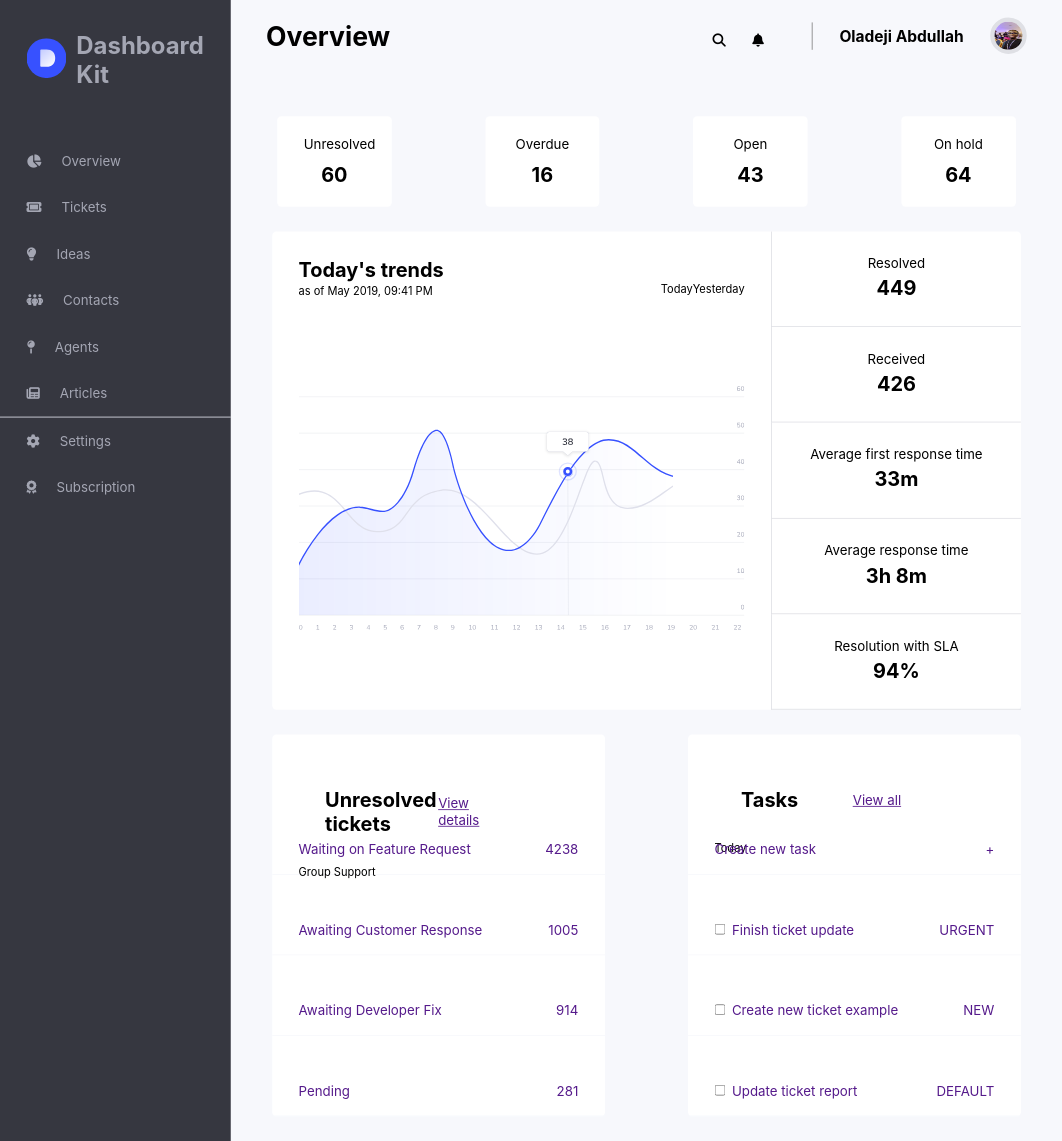
Repository: BuduCE/dashboard
Page: /
These files come from the project's save history. The page is drawn as it stood at one moment and after a run of saves; the edit follows.
The browser window is 1280 px wide. The pictures show the whole page, at 83% of full size.
Some web libraries are served in a nearby version. The project was rebuilt for these pictures with package versions that can differ from the ones it lists, and the page was loaded fresh each time. Also part of the build but not shown: src/pages/Tickets/index.jsx, src/components/common/Logo/styles.css.

Above is the page before, as saved 2022-08-06 00:17:44.

### public/index.html
<!DOCTYPE html>
<html lang="en">
  <head>
    <meta charset="utf-8" />
    <link rel="icon" href="%PUBLIC_URL%/favicon.ico" />
    <meta name="viewport" content="width=device-width, initial-scale=1" />
    <meta name="theme-color" content="#000000" />
    <meta
      name="description"
      content="Web site created using create-react-app"
    />
    <link rel="apple-touch-icon" href="%PUBLIC_URL%/logo192.png" />
    <!--
      manifest.json provides metadata used when your web app is installed on a
      user's mobile device or desktop. See https://developers.google.com/web/fundamentals/web-app-manifest/
    -->
    <link rel="manifest" href="%PUBLIC_URL%/manifest.json" />
    <!--
      Notice the use of %PUBLIC_URL% in the tags above.
      It will be replaced with the URL of the `public` folder during the build.
      Only files inside the `public` folder can be referenced from the HTML.

      Unlike "/favicon.ico" or "favicon.ico", "%PUBLIC_URL%/favicon.ico" will
      work correctly both with client-side routing and a non-root public URL.
      Learn how to configure a non-root public URL by running `npm run build`.
    -->

    <!-- Font-Awesome  -->
    <link
      rel="stylesheet" href="https://cdnjs.cloudflare.com/ajax/libs/font-awesome/6.1.1/css/all.min.css" integrity="sha512-KfkfwYDsLkIlwQp6LFnl8zNdLGxu9YAA1QvwINks4PhcElQSvqcyVLLD9aMhXd13uQjoXtEKNosOWaZqXgel0g==" crossorigin="anonymous" referrerpolicy="no-referrer"
    />
    <title>Admin Dashboard</title>
  </head>
  <body>
    <noscript>You need to enable JavaScript to run this app.</noscript>
    <div id="root"></div>
    <!--
      This HTML file is a template.
      If you open it directly in the browser, you will see an empty page.

      You can add webfonts, meta tags, or analytics to this file.
      The build step will place the bundled scripts into the <body> tag.

      To begin the development, run `npm start` or `yarn start`.
      To create a production bundle, use `npm run build` or `yarn build`.
    -->
  </body>
</html>

### src/index.css
* {
  margin: 0;
  padding: 0;
  box-sizing: border-box;
}
body {
  margin: 0;
  font-family: -apple-system, BlinkMacSystemFont, 'Segoe UI', 'Roboto', 'Oxygen',
    'Ubuntu', 'Cantarell', 'Fira Sans', 'Droid Sans', 'Helvetica Neue',
    sans-serif;
  -webkit-font-smoothing: antialiased;
  -moz-osx-font-smoothing: grayscale;
  background: rgba(54, 55, 64, 1);
}

code {
  font-family: source-code-pro, Menlo, Monaco, Consolas, 'Courier New',
    monospace;
}

### src/App.js
import './App.css';
// import Overview from './pages/Overview';
// import Header from './components/common/Header';
import Sidenav from './components/common/SideNav';
// import Login from './pages/Login';

function App() {
  return (
    <div className="App">
      <Sidenav />
      {/* <Login /> */}
    </div>
  );
}

export default App;

### src/components/common/SideNav/index.jsx
import React from 'react'
import Overview from '../../../pages/Overview'
import Tickets from '../../../pages/Tickets'
import Header from '../Header'
import Logo from '../Logo'
import './styles.css'

const Sidenav = () => {
  return (
    <div className='dashboard'>
        <div className="navbar">
            <div className="logo">
                <Logo />
                <h1>Dashboard Kit</h1>
            </div>
            <div className="heading">
                <i className='fas fa-chart-pie'></i>
                <p>Overview</p>
            </div>
            <div className="heading">
                <i className='fas fa-ticket'></i>
                <p>Tickets</p>
            </div>
            <div className="heading">
                <i className='fas fa-lightbulb'></i>
                <p>Ideas</p>
            </div>
            <div className="heading">
                <i className='fas fa-people-group'></i>
                <p>Contacts</p>
            </div>
            <div className="heading">
                <i className='fas fa-map-pin'></i>
                <p>Agents</p>
            </div>
            <div className="heading divider">
                <i className='fas fa-newspaper'></i>
                <p>Articles</p>
            </div>
            <div className="heading">
                <i className='fas fa-gear'></i>
                <p>Settings</p>
            </div>
            <div className="heading">
                <i className='fas fa-award'></i>
                <p>Subscription</p>
            </div>

        </div>
        <div className="info">
            {/* <Header /> */}
            <Overview />
            {/* <Tickets /> */}
        </div>
    </div>
  )
}

export default Sidenav

### src/pages/Overview/index.jsx
import React from 'react'
import './styles.css'
import TrendMap from './graph.svg'
import Header from '../../components/common/Header'

const Overview = () => {
  return (
    <>
        <Header />
        <div className='overview_pg'>
            {/* Specific status */}
            <div className="overview_stat">
                <div className="overview_info">
                    <p>Unresolved</p>
                    <h2>60</h2>
                </div>
                <div className="overview_info">
                    <p>Overdue</p>
                    <h2>16</h2>
                </div>
                <div className="overview_info">
                    <p>Open</p>
                    <h2>43</h2>
                </div>
                <div className="overview_info">
                    <p>On hold</p>
                    <h2>64</h2>
                </div>
            </div>

            {/* Today's trend */}
            <div className="trends">
                <div className="trends_head">
                    <div className="trends_headT">
                        <div className="trend_title">
                            <h2>Today's trends</h2>
                        </div>
                        <div className="trend_title_stat">
                            <div className="trend_date">
                                <small>as of May 2019, 09:41 PM</small>
                            </div>
                            <div className="trend_day">
                                <small>Today</small>
                                <small>Yesterday</small>
                            </div>
                        </div>
                    </div>

                    <div className="trends_headB">
                        <img src={TrendMap} alt="Trend Chart" />
                    </div>
                </div>

                <div className="trends_summary">
                    <div className="summary_type">
                        <p>Resolved</p>
                        <h2>449</h2>
                    </div>
                    <div className="summary_type">
                        <p>Received</p>
                        <h2>426</h2>
                    </div>
                    <div className="summary_type">
                        <p>Average first response time</p>
                        <h2>33m</h2>
                    </div>
                    <div className="summary_type">
                        <p>Average response time</p>
                        <h2>3h 8m</h2>
                    </div>
                    <div className="summary_type">
                        <p>Resolution with SLA</p>
                        <h2>94%</h2>
                    </div>
                </div>
            </div>

            <div className="ticket_n_task">
                <div className="ticket">
                    <div className="ticket_head">
                        <div className="ticket_title">
                            <h2>Unresolved tickets</h2>
                            <a href="">View details</a>
                        </div>
                        <small>Group Support</small>
                    </div>
                    <div className="ticket_list">
                        <a href="">
                            <p>Waiting on Feature Request</p>
                            <p>4238</p>
                        </a>
                        <a href="">
                            <p>Awaiting Customer Response</p>
                            <p>1005</p>
                        </a>
                        <a href="">
                            <p>Awaiting Developer Fix</p>
                            <p>914</p>
                        </a>
                        <a href="">
                            <p>Pending</p>
                            <p>281</p>
                        </a>
                    </div>
                </div>

                <div className="task">
                    <div className="ticket_head">
                        <div className="ticket_title">
                            <h2>Tasks</h2>
                            <a href="">View all</a>
                        </div>
                        <small>Today</small>
                    </div>

                    <div className="ticket_list">
                        <a href="">
                            <p>Create new task</p>
                            <p>+</p>
                        </a>
                        <a href="">
                            <div className='task_todo'>
                                <input type="checkbox" name="" id="" />
                                <label htmlFor="">Finish ticket update</label>
                            </div>

                            <p>URGENT</p>
                        </a>
                        <a href="">
                            <div className='task_todo'>
                                <input type="checkbox" name="" id="" />
                                <label htmlFor="">Create new ticket example</label>
                            </div>

                            <p>NEW</p>
                        </a>
                        <a href="">
                            <div className='task_todo'>
                                <input type="checkbox" name="" id="check" />
                                <label htmlFor="">Update ticket report</label>
                            </div>

                            <p>DEFAULT</p>
                        </a>
                    </div>
                </div>
            </div>
        </div>
    </>
  )
}

export default Overview

### src/components/common/Header/index.jsx
import React from 'react'
import './styles.css'
import budu from './budu.jpg'

const Header = () => {
  return (
    <div className='head_er'>
        <div className="headerL">
            <h1>Overview</h1>
        </div>
        <div className="headerR">
            <i className='fas fa-magnifying-glass icon'></i>
            <i className='fas fa-bell icon bell'></i>
            <h3>Oladeji Abdullah</h3>
            <img src={budu} alt="" />
        </div>
    </div>
  )
}

export default Header

### src/components/common/Logo/index.jsx
import React from 'react'
import companyLogo from './logo.svg'
import './styles.css'

const Logo = () => {
  return (
    <div className='logo_icon'>
        <img src={companyLogo} alt="" />
    </div>
  )
}

export default Logo

### src/components/common/SideNav/styles.css
.dashboard{
    display: grid;
    grid-template-columns: 1fr 5fr;
}
.navbar{
    padding: 37px 0;
    color: #A4A6B3;
}
.logo{
    display: flex;
    padding: 0 32px;
    padding-bottom: 59px;
    align-items: center;
}
.logo h1{
    margin-left: 12px;
    font-size: 1.8rem;
}
.heading{
    width: 100%;
    display: flex;
    padding: 18px 32px;
    align-items: center;
}
.heading p{
    margin-left: 24px;
}
.heading:hover{
    border-left: 1px solid #DDE2FF;
    color: #DDE2FF;
}
.info{
    background: #F7F8FC;
    /* height: 100vh; */
}
.divider{
    border-bottom: 1px solid #DFE0EB;
}

### src/pages/Overview/styles.css
.overview_pg{
    margin-top: 54px;
}
.overview_stat{
    display: grid;
    grid-template-columns: 1fr 1fr 1fr 1fr;
    /* justify-content: space-evenly; */
    width: 100%;
}
.overview_info{
    display: flex;
    flex-direction: column;
    text-align: center;
    /* border: 1px solid; */
    border-radius: 5px;
    padding: 24px 32px;
    background: #fff;
    box-shadow: 15px;
    width: 55%;
    margin: auto;
}
.overview_info:hover{
    color: blue;
    border: 1px blue solid;
}
.overview_info p{
    padding-bottom: 12px;
}

/* trend  */
.trends{
    width: 90%;
    background: #fff;
    margin: auto;
    border-radius: 5px;
    height: 80vh;
    margin-top: 30px;
    display: grid;
    grid-template-columns: 2fr 1fr;
    margin-top: 30px;
}
.trends_head{
    padding: 32px;
}
.trend_title_stat{
    display: flex;
    justify-content: space-between;
}
.trend_day{
    display: flex;
    justify-content: space-evenly;
}
.trends_headB img{
    width: 100%;
    margin-top: 54px;
    height: 55vh;
}

/* summary  */
.trends_summary{
    display: grid;
    grid-template-rows: 1fr 1fr 1fr 1fr 1fr;
}
.summary_type{
    padding: 28px;
    border-left: 1px solid #dfe0e5;
    border-bottom: 1px solid #dfe0e5;
    text-align: center;
}
.summary_type p{
    margin-bottom: 6px;
}

/* Tickets */
.ticket_n_task{
    display: grid;
    grid-template-columns: 1fr 1fr;
    width: 90%;
    margin: auto;
    margin-top: 30px;
    margin-bottom: 30px;
}
.ticket{
    margin-right: 50px;
}
.task{
    margin-left: 50px;
}
.ticket,.task{
    border-radius: 5px;
    background: #fff;
}
.ticket_head{
    padding: 32px;
    margin-bottom: 8px;
    width: 80%;
    height: 10vh;
}
.ticket_title{
    display: flex;
    justify-content: space-between;
    align-items: center;
}
.ticket_list a{
    text-decoration: none;
    display: flex;
    justify-content: space-between;
    align-items: center;
    padding: 20px 32px;
    border-bottom: 1px solid #F7F8FC;
    margin-top: 36px;
    align-items: center;
}
.task_todo{
    align-items: center;
}
.task_todo label{
    margin-left: 8px;
}

### src/pages/Tickets/styles.css
.ticket_pg{
    background: #fff;
    border-radius: 5px;
    height: 96vh;
    width: 95%;
    margin: auto;
    margin-top: 54px;
}
.ticket_title{
    display: flex;
    justify-content: space-between;
    padding: 32px;
}
.titleR, .titleR_icon{
    display: flex;
    justify-content: space-between;
    align-items: center;
    margin-left: 32px;
}
.titleR_icon p{
    margin-left: 8px;
}
/* .tab_head{
    display: grid;
    grid-template-columns: 3fr 2fr 2fr 1fr;
    margin: auto;
    padding: 0 77px 12px 31px;
    border-bottom: 1px solid #dfe0e5;
} */
.tab_info{
    display: grid;
    grid-template-columns: 3fr 2fr 2fr 1fr;
    margin: auto;
    padding: 24px 31px;
    border-bottom: 1px solid #dfe0e5;
}
.tab_info:hover{
    background: #F7F8FC;
}
.info_title{
    display: grid;
    grid-template-columns: 1fr 7fr;
}
.info_title img{
    width: 44px;
    height: 44px;
    border: 5px solid #dfe0e5;
    border-radius: 50%;
}
.ticket_tab{
    margin: auto;
}
.info_status{
    display: flex;
    /* grid-template-columns: 1fr 1fr; */
    justify-content: space-between;
    align-items: center;
}
.info_status button{
    padding: 5px 20px;
    border-radius: 40%;
    background: red;
    color: #fff;
    border: none;
}

### src/components/common/Header/styles.css
.head_er{
    display: flex;
    justify-content: space-between;
    width: 100%;
    height: 10vh;
    padding: 43px 43px;
    align-items: center;
}
.headerR{
    display: flex;
    justify-content: space-between;
    align-items: center;
}
.icon{
    width: 16px;
    height: 16px;
    padding: 5px 24px;
}
.bell{
    padding-right: 72px;
}
.headerR h3{
    padding: 5px 32px;
    border-left: 1px solid grey;
}
.headerR img{
    width: 44px;
    height: 44px;
    border-radius: 50%;
    border: 5px solid #dfe0e5;
}

Loaded but not shown: src/index.js (common file); src/reportWebVitals.js (common file); src/App.css (common file)

After the next 2 saves:
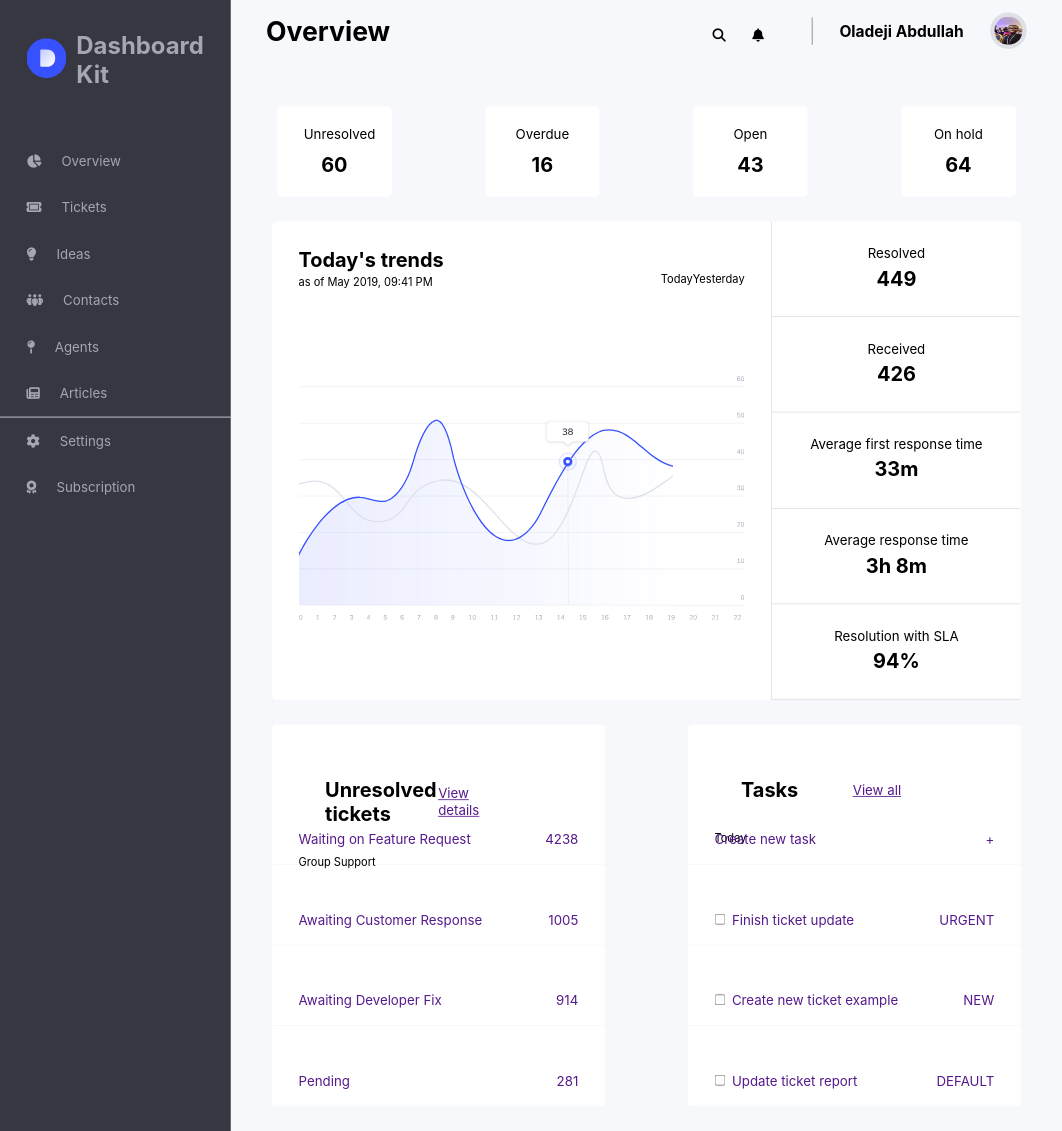
The 2 saves are shown as one change because they came seconds apart.
The last was saved 89 s later.
--- a/src/components/common/Header/styles.css
+++ b/src/components/common/Header/styles.css
@@ -3,7 +3,7 @@
     justify-content: space-between;
     width: 100%;
     height: 10vh;
-    padding: 43px 43px;
+    padding: 37px 43px;
     align-items: center;
 }
 .headerR{
